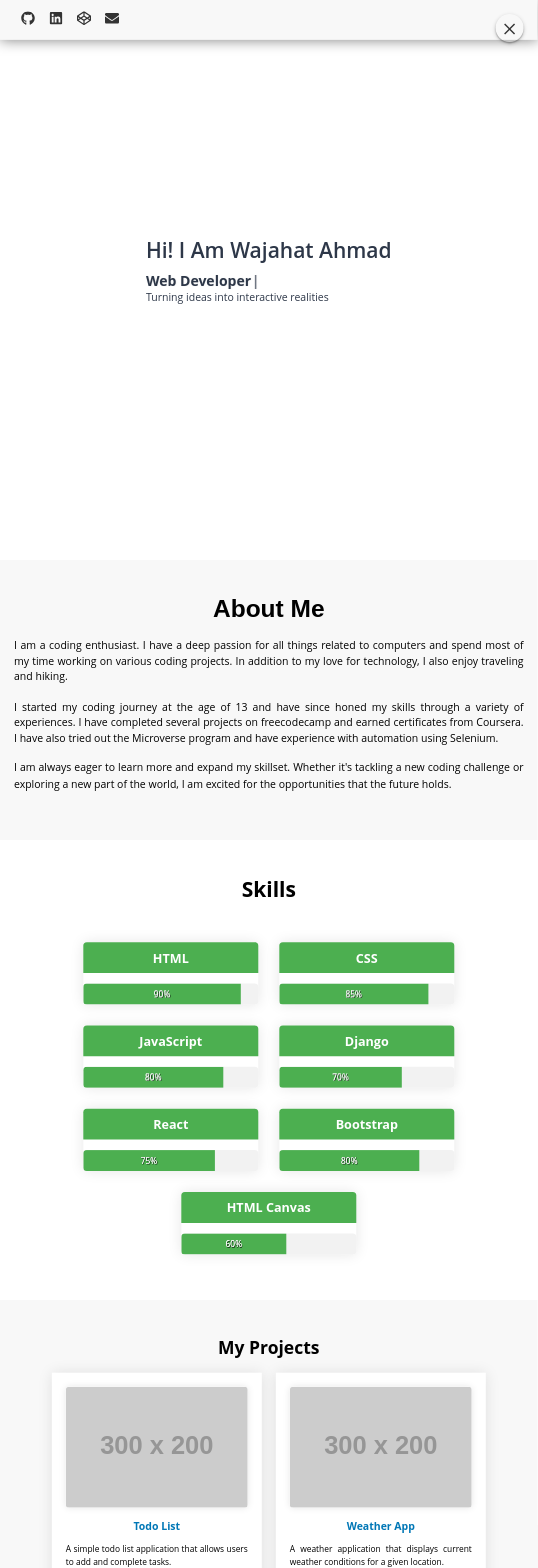
Repository: WajahatKanju/wajahatkanju.github.io
Page: /
An editor plug-in stored every save of this project. The page is shown before and after the next save, followed by the edit.
The browser window is 768 px wide. The pictures show the part of the page from y = 0 to 2240 px (the page is 3532 px tall), at 70% of full size.
The project was rebuilt for these pictures with package versions that can differ from the ones it lists, and the page was loaded fresh each time. Also part of the build but not shown: vite.config.js.

Above is the page before, as saved 2023-05-06 11:31:29.

### index.html
<!DOCTYPE html>
<html lang="en">
  <head>
    <meta charset="UTF-8" />
    <link rel="icon" type="image/svg+xml" href="./src/assets/favicon.svg" />
    <meta name="viewport" content="width=device-width, initial-scale=1.0" />
    <title>Wajahat Ahmad - Portfolio</title>
  </head>
  <body>
    <div id="root"></div>
    <script type="module" src="./src/main.jsx"></script>
  </body>
</html>

### src/App.jsx
import './styles/App.scss'
import Header from "./Header"
import Navigation from './Navigation'
import About from './About'
import ContactForm from './ContactForm'
import Skills from './Skills'
import Projects from './Projects'

function App() {

  return (
    <>
    <Navigation />
    <Header />
    <About />
    <Skills />
    <Projects />
    <ContactForm />
    </>
  )
}

export default App

### src/styles/App.scss
/* Reset */
*, *::before, *::after {
  margin: 0;
  padding: 0;
  box-sizing: border-box;
}

/* Set base font size */
html {
  font-size: 62.5%; /* 1rem = 10px */
}

/* Base styles */
body {
  font-family: 'Open Sans', sans-serif;
  font-size: 1.6rem; /* 16px */
  overflow-x: hidden;
}

section:nth-of-type(2n - 1){
  background-color: #F8F8F8;
}

/* Media queries */
@media screen and (max-width: 599px) {
  /* Small screens */
  body {
    font-size: 1.2rem; /* 12px */
  }
}

@media screen and (min-width: 600px) and (max-width: 991px) {
  /* Mobile and tablet styles */
  body {
    font-size: 1.4rem; /* 14px */
  }
}

@media screen and (min-width: 992px) and (max-width: 1199px) {
  /* Medium desktop styles */
  body {
    font-size: 1.8rem; /* 18px */
  }
}

@media screen and (min-width: 1200px) and (max-width: 1599px) {
  /* Large desktop styles */
  html {
    font-size: 80%; /* 1rem = 8px */
  }
  body {
    font-size: 2rem; /* 20px */
  }
}

@media screen and (min-width: 1600px) {
  /* Extra large desktop styles */
  html {
    font-size: 100%; /* 1rem = 10px */
  }
  body {
    font-size: 2.2rem; /* 22px */
  }
}

### src/Header.jsx
import { useEffect } from "react";
import Typewriter from "typewriter-effect/dist/core";
import "./styles/Header.scss";

import ImageParticleAnimation from "./ImageParticleAnimation";

function Header() {
  useEffect(() => {
    const typewriter = new Typewriter("#typewriter", {
      strings: ["Web Designer", "Web Developer", "Full Stack Developer"],
      loop: true,
      delay: 80,
      autoStart: true,
    });

    typewriter.start();
  }, []);


  return (
    <header className="header">
      <div className="header__left">
        <h1>Hi! I Am Wajahat Ahmad</h1>
        <p id="typewriter"></p>
        <h3>Turning ideas into interactive realities</h3>
      </div>
      <div className="header__right">
        <ImageParticleAnimation />
      </div>
    </header>
  );
}

export default Header;

### src/Navigation.jsx
import { useState } from 'react';
import { FaGithub, FaLinkedin, FaCodepen, FaEnvelope } from 'react-icons/fa';
import './styles/Navigation.scss';

function Navigation() {
  const [menuOpen, setMenuOpen] = useState(false);

  const handleMenuClick = () => {
    setMenuOpen(!menuOpen);
  };
  return (
    <nav className="navigation">

      <div className={`navigation__left`}>
        <a href="https://github.com/WajahatKanju" target="_blank" rel="noopener noreferrer">
          <FaGithub />
        </a>
        <a href="https://www.linkedin.com/in/wajahat-ahmad-5b493b181/" target="_blank" rel="noopener noreferrer">
          <FaLinkedin />
        </a>
        <a href="https://codepen.io/wajahatahmad" target="_blank" rel="noopener noreferrer">
          <FaCodepen />
        </a>
        <a href="mailto:wajahat5ahmad@gmail.com">
          <FaEnvelope />
        </a>
      </div>
      <ul className={`navigation__right ${menuOpen ? 'active' : ''}`}>
        <li> <a href="#">Home </a> </li>
        <li> <a href="#about">About</a></li>
        <li> <a href="#skills">Skills </a></li>
        <li> <a href="#projects">Projects </a></li>
        <li> <a href="#contact">Contact </a></li>
      </ul>
      <div className={`navigation-button ${menuOpen ? '' : 'active'}`} onClick={handleMenuClick}>
        <div className="navigation__menu-icon">
          <div className="navigation__menu-line"></div>
          <div className="navigation__menu-line"></div>
          <div className="navigation__menu-line"></div>
        </div>
      </div>
    </nav>
  );
}

export default Navigation;

### src/About.jsx
import "./styles/About.scss";

function About() {
  return (
    <section className="about"id="about">
      <div className="about__me--container">
        <h2>About Me</h2>
        <p>
          I am a coding enthusiast. I have a deep passion for all things related
          to computers and spend most of my time working on various coding
          projects. In addition to my love for technology, I also enjoy
          traveling and hiking.
        </p>
        <p>
          I started my coding journey at the age of 13 and have since honed my
          skills through a variety of experiences. I have completed several
          projects on freecodecamp and earned certificates from Coursera. I have
          also tried out the Microverse program and have experience with
          automation using Selenium.
        </p>
        <p>
          I am always eager to learn more and expand my skillset. Whether
          it&apos;s tackling a new coding challenge or exploring a new part of
          the world, I am excited for the opportunities that the future holds.
        </p>
      </div>
    </section>
  );
}

export default About;

### src/ContactForm.jsx
import { useState } from "react";

import "./styles/ContactForm.scss";

function ContactForm() {
  const [name, setName] = useState("");
  const [email, setEmail] = useState("");
  const [message, setMessage] = useState("");

  const handleSubmit = (e) => {
    e.preventDefault();
    // handle form submission logic here
  };

  return (
    <section className="contact__form">
      <div className="contact__form__container">
        <h2 className="form__header">Contact Me</h2>
        <form onSubmit={handleSubmit}>
          <label htmlFor="name">Name:</label>
          <input
            type="text"
            id="name"
            name="name"
            value={name}
            onChange={(e) => setName(e.target.value)}
            required
          />

          <label htmlFor="email">Email:</label>
          <input
            type="email"
            id="email"
            name="email"
            value={email}
            onChange={(e) => setEmail(e.target.value)}
            required
          />

          <label htmlFor="message">Message:</label>
          <textarea
            id="message"
            name="message"
            value={message}
            onChange={(e) => setMessage(e.target.value)}
            required
          />

          <button type="submit">Submit</button>
        </form>
      </div>
    </section>
  );
}

export default ContactForm;

### src/Skills.jsx
import "./styles/Skills.scss";

function Skills() {
  return (
    <section className="skills">
      <h2 className="skills__header">Skills</h2>

      <div className="skills__container">
        <div className="skill">
          <h3 className="skill__name">HTML</h3>
          <div className="skill__bar">
            <div className="skill__fill" style={{ width: "90%" }}>
              <span className="skill__percent">90%</span>
            </div>
          </div>
        </div>

        <div className="skill">
          <h3 className="skill__name">CSS</h3>
          <div className="skill__bar">
            <div className="skill__fill" style={{ width: "85%" }}>
              <span className="skill__percent">85%</span>
            </div>
          </div>
        </div>

        <div className="skill">
          <h3 className="skill__name">JavaScript</h3>
          <div className="skill__bar">
            <div className="skill__fill" style={{ width: "80%" }}>
              <span className="skill__percent">80%</span>
            </div>
          </div>
        </div>

        <div className="skill">
          <h3 className="skill__name">Django</h3>
          <div className="skill__bar">
            <div className="skill__fill" style={{ width: "70%" }}>
              <span className="skill__percent">70%</span>
            </div>
          </div>
        </div>

        <div className="skill">
          <h3 className="skill__name">React</h3>
          <div className="skill__bar">
            <div className="skill__fill" style={{ width: "75%" }}>
              <span className="skill__percent">75%</span>
            </div>
          </div>
        </div>

        <div className="skill">
          <h3 className="skill__name">Bootstrap</h3>
          <div className="skill__bar">
            <div className="skill__fill" style={{ width: "80%" }}>
              <span className="skill__percent">80%</span>
            </div>
          </div>
        </div>

        <div className="skill">
          <h3 className="skill__name">HTML Canvas</h3>
          <div className="skill__bar">
            <div className="skill__fill" style={{ width: "60%" }}>
              <span className="skill__percent">60%</span>
            </div>
          </div>
        </div>
      </div>
    </section>
  );
}

export default Skills;

### src/Projects.jsx
import './styles/Projects.scss';

const Projects = () => {
  const projects = [
    {
      id: 1,
      title: 'Todo List',
      description: 'A simple todo list application that allows users to add and complete tasks.',
      image: 'https://via.placeholder.com/300x200',
      link: 'https://www.example.com/todolist'
    },
    {
      id: 2,
      title: 'Weather App',
      description: 'A weather application that displays current weather conditions for a given location.',
      image: 'https://via.placeholder.com/300x200',
      link: 'https://www.example.com/weatherapp'
    },
    {
      id: 3,
      title: 'E-commerce Store',
      description: 'An online store that allows users to browse and purchase products.',
      image: 'https://via.placeholder.com/300x200',
      link: 'https://www.example.com/ecommerce'
    },
    {
      id: 4,
      title: 'Recipe App',
      description: 'A recipe application that displays a list of recipes and allows users to search and filter them.',
      image: 'https://via.placeholder.com/300x200',
      link: 'https://www.example.com/recipeapp'
    }
  ];

  return (
    <section className="projects" id="projects">
      <h2>My Projects</h2>
      <div className="project-list">
        {projects.map(project => (
          <div className="project" key={project.id}>
            <img src={project.image} alt={project.title} />
            <h3>{project.title}</h3>
            <p>{project.description}</p>
            <a href={project.link}>View Project</a>
          </div>
        ))}
      </div>
    </section>
  );
};

export default Projects;

### src/styles/Header.scss
.header {
  display: flex;
  padding: 2rem 5rem;

  justify-content: space-around;
  align-items: center;
  min-height: 100vh;
  color: #2d3748;
  position: relative;
  z-index: 10;
  flex: 1 1 auto;


  img{
    display: block;

  }

  &__left {
    h1 {
      font-size: 3rem;
      font-weight: 600;
      text-align: center;
      margin-bottom: 1rem;

      span {
        display: inline-block;

        &.animate__bounce:hover {
          animation-name: jelly;
          animation-duration: 1s;
          animation-fill-mode: both;
          animation-iteration-count: infinite;
        }
      }
    }

    h3 {
      font-size: 1.5rem;
      font-weight: 400;
      text-align: center;
      margin-bottom: 3rem;
    }

    #typewriter {
      text-align: center;
      font-size: 2rem;
      font-weight: bold;
      text-shadow: 0.0625rem 0.0625rem 0.1875rem rgba(0, 0, 0, 0.1);
    }
  }

  &__right{
      display: flex;
      justify-content: center;
      align-items: center;
      flex: 1 1 auto;
  }

  @media screen and (max-width: 768px) {
    flex-direction: row;
    justify-content: center;
    align-items: center;
    min-height: 100vh;
    padding: 2rem 5rem;

    &__left {
      margin-bottom: 0;

      h1 {
        text-align: left;
      }

      h3 {
        text-align: left;
      }

      #typewriter {
        text-align: left;
      }
    }

    &__right {
      display: none;
    }
  }
}


@keyframes jelly {
  0%,
  100% {
    transform: scale(1);
  }
  25% {
    transform: scale(0.9, 1.1);
  }
  50% {
    transform: scale(1.1, 0.9);
  }
  75% {
    transform: scale(0.95, 1.05);
  }
}

### src/ImageParticleAnimation.jsx
import { useEffect, useRef } from "react";
import cartoonMe from "./assets/cartoon.png";

export default function ImageParticleAnimation() {

  // eslint-disable-next-line react-hooks/exhaustive-deps
  const png = new Image();
  png.src = cartoonMe;
  const canvasRef = useRef();

  useEffect(() => {
    const canvas = canvasRef.current;
    const ctx = canvas.getContext("2d");

    canvas.width = innerWidth;
    canvas.height = innerHeight;

    let particleArray = [];

    let mouse = {
      x: null,
      y: null,
      radius: 120,
    };

    window.addEventListener("mousemove", (event) => {
      mouse.x = event.x + canvas.clientLeft / 2;
      mouse.y = event.y + canvas.clientTop / 2;
    });

    function drawImage() {
      let imageWidth = png.width;
      let imageHeight = png.height;
      ctx.drawImage(png, innerWidth / 2, innerHeight / 2);
      const data = ctx.getImageData(0, 0, imageWidth, imageHeight);
      ctx.clearRect(0, 0, canvas.width, canvas.height);

      class Particle {
        constructor(x, y, color, size=1) {
          this.baseX = x + (canvas.width * 0.75 ) - png.width * 2;
          this.baseY = y + (canvas.height * 0.45 ) - png.height * 2;

          this.x = this.baseX + Math.random() * 200 - 25 ;
          this.y = this.baseY + Math.random() * 200 - 25 ;

          this.color = color;
          this.size = size;

          this.density = Math.random() * 10 + 2;
        }

        draw() {
          ctx.fillStyle = this.color;
          ctx.beginPath();
          ctx.arc(this.x, this.y, this.size * 10, 0, Math.PI * 2);
          ctx.closePath();
          ctx.fill();
        }

        update() {
          let dx = mouse.x - this.x;
          let dy = mouse.y - this.y;
          let distance = Math.sqrt(dx * dx + dy * dy);
          let forceDirectionX = dx / distance;
          let forceDirectionY = dy / distance;

          const maxDistance = 100;
          let force = (maxDistance - distance) / (maxDistance * 0.5);
          if (force < 0) force = 0;

          let directionX = forceDirectionX * force * this.density * 0.6;
          let directionY = forceDirectionY * force * this.density * 0.6;

          if (distance < mouse.radius + this.size) {
            this.x -= directionX;
            this.y -= directionY;
          } else {
            if (this.x != this.baseX) {
              let dx = this.x - this.baseX;
              this.x -= dx / 25;
            }
            if (this.y != this.baseY) {
              let dy = this.y - this.baseY;
              this.y -= dy / 25;
            }
          }

          this.draw();
        }
      }

      function init() {
        particleArray = [];

        for (let y = 0, y2 = data.height; y < y2; y++) {
          for (let x = 0, x2 = data.width; x < x2; x++) {
            if (data.data[y * 4 * data.width + x * 4 + 3] > 128) {
              let positionX = x;
              let positionY = y;
              let color = `rgb(${data.data[y * 4 * data.width + x * 4]}, ${
                data.data[y * 4 * data.width + x * 4 + 1]
              }, ${data.data[y * 4 * data.width + x * 4 + 2]} )`;

              particleArray.push(new Particle(positionX * 4 , positionY* 4, color , 0.25));
            }
          }
        }
      }

      function animate() {
        requestAnimationFrame(animate);
        ctx.fillStyle = "rgba(255,255,255, 0.5)";


        ctx.fillRect(0, 0, innerWidth, innerHeight);

        for (let i = 0; i < particleArray.length; i++) {
          particleArray[i].update();
        }
      }
      init();
      animate();

      window.addEventListener("resize", () => {
        canvas.width = innerWidth;
        canvas.height = innerHeight;
        init();
      });
    }

    png.onload = () => {
      console.log("Image loaded");
      ctx.drawImage(png, 0, 0);
      drawImage();
    };
  }, [png]);

  return (
    <>
      <canvas
        ref={canvasRef}
        id="canvas"
        style={{ position: "absolute", top: "0", left: "0", zIndex: '-1', maxWidth: '100vw', maxHeight: '100%' }}
      ></canvas>
    </>
  );
}

### src/styles/About.scss
.about {
  padding: 5rem 0;
  display: flex;
  justify-content: center;

  &__me--container {
    max-width: 800px;
    width: 100%;
    margin: 0 2rem;
  }

  h2 {
    font-family: 'Montserrat', sans-serif;
    font-size: 3.5rem;
    margin-bottom: 2rem;
    text-align: center;
    transition: all 0.3s ease;
  }

  h2:hover {
    color: #FF8C00;
    transform: scale(1.05);
  }

  p {
    font-family: 'Open Sans', sans-serif;
    font-size: 1.5rem;
    line-height: 1.5;
    margin-bottom: 2rem;
    text-align: justify;
  }
}

### src/styles/ContactForm.scss
.contact__form {
  display: flex;
  justify-content: center;
  align-items: center;
  height: 100vh;

  .contact__form__container {
    max-width: 600px;
    width: 100%;
    padding: 3rem;
    border-radius: 10px;
    box-shadow: 0 0 20px rgba(0, 0, 0, 0.1);

    .form__header {
      font-size: 2.5rem;
      font-weight: 700;
      text-align: center;
      margin-bottom: 2rem;
    }

    form {
      display: flex;
      flex-direction: column;

      label {
        font-size: 1.2rem;
        font-weight: 500;
        margin-bottom: 0.5rem;
      }

      input,
      textarea {
        padding: 1rem;
        font-size: 1rem;
        border-radius: 5px;
        border: none;
        margin-bottom: 1.5rem;
        box-shadow: 0 0 5px rgba(0, 0, 0, 0.1);
        transition: box-shadow 0.3s ease-in-out;

        &:focus {
          outline: none;
          box-shadow: 0 0 10px rgba(0, 0, 0, 0.2);
        }
      }

      textarea {
        resize: none;
        height: 150px;
      }

      button[type="submit"] {
        background-color: #4caf50;
        color: #fff;
        font-size: 1.2rem;
        padding: 1rem 2rem;
        border: none;
        border-radius: 5px;
        cursor: pointer;
        transition: background-color 0.3s ease-in-out;

        &:hover {
          background-color: #3e8e41;
        }
      }
    }
  }
}

### src/styles/Skills.scss
.skills {
  padding: 5rem 0;

  &__header {
    font-size: 3rem;
    text-align: center;
    margin-bottom: 4rem;
  }

  &__container {
    display: flex;
    flex-wrap: wrap;
    justify-content: center;
  }

  .skill {
    width: 250px;
    margin: 1.5rem;
    text-align: center;
    border-radius: 5px;
    background-color: #fff;
    box-shadow: 0 0 20px rgba(0, 0, 0, 0.1);
    transition: transform 0.3s ease-in-out;

    &:hover {
      transform: translateY(-25px) scale(1.06);
    }

    &__name {
      font-size: 1.8rem;
      margin-bottom: 1.5rem;
      padding: 1rem;
      background-color: #4caf50;
      color: #fff;
      border-top-left-radius: 5px;
      border-top-right-radius: 5px;
    }

    &__bar {
      height: 30px;
      border-radius: 5px;
      background-color: #f2f2f2;
      overflow: hidden;
      position: relative;
    }

    &__fill {
      position: absolute;
      top: 0;
      left: 0;
      bottom: 0;
      background-color: #4caf50;
      width: 0;
      transition: width 1s ease-in-out;
      display: flex;
      justify-content: center;
      align-items: center;

      &::before {
        content: "";
        position: absolute;
        top: 50%;
        left: 50%;
        transform: translate(-50%, -50%);
        font-size: 1.2rem;
        color: #fff;
        text-shadow: 1px 1px rgba(0, 0, 0, 0.5);
      }
    }

    &__percent {
      font-size: 1.2rem;
      color: #fff;
      text-shadow: 1px 1px rgba(0, 0, 0, 0.5);
    }
  }

  // Set the width of the fill bar based on the percentage
  .skill:nth-child(1) .skill__fill {
    width: 90%;
    &::before {
      content: "90%";
    }
  }

  .skill:nth-child(2) .skill__fill {
    width: 85%;
    &::before {
      content: "85%";
    }
  }

  .skill:nth-child(3) .skill__fill {
    width: 80%;
    &::before {
      content: "80%";
    }
  }

  .skill:nth-child(4) .skill__fill {
    width: 70%;
    &::before {
      content: "70%";
    }
  }

  .skill:nth-child(5) .skill__fill {
    width: 75%;
    &::before {
      content: "75%";
    }
  }

  .skill:nth-child(6) .skill__fill {
    width: 80%;
    &::before {
      content: "80%";
    }
  }

  .skill:nth-child(7) .skill__fill {
    width: 60%;
    &::before {
      content: "60%";
    }
  }
}

### src/styles/Projects.scss
.projects {
  padding: 5rem 0;

  h2 {
    font-size: 2.5rem;
    margin-bottom: 2rem;
    text-align: center;
  }

  .project-list {
    display: flex;
    flex-wrap: wrap;
    justify-content: center;
    gap: 2rem;

    .project {
      background-color: #fff;
      box-shadow: 0 0 20px rgba(0, 0, 0, 0.1);
      padding: 2rem;
      width: 300px;
      display: flex;
      flex-direction: column;
      align-items: center;
      transition: transform 0.2s ease-in-out;

      &:hover {
        transform: translateY(-5px);
      }

      img {
        width: 100%;
        max-width: 300px;
        height: auto;
        margin-bottom: 1.5rem;
        border-radius: 5px;
        box-shadow: 0 0 10px rgba(0, 0, 0, 0.1);
        transition: transform 0.2s ease-in-out;

        &:hover {
          transform: scale(1.05);
        }
      }

      h3 {
        font-size: 1.5rem;
        margin-bottom: 1.5rem;
        text-align: center;
        color: #0077b6;
        text-shadow: 1px 1px 0 #fff;
      }

      p {
        font-size: 1.2rem;
        line-height: 1.5;
        margin-bottom: 1.5rem;
        text-align: justify;
      }

      a {
        font-size: 1.2rem;
        background-color: #0077b6;
        color: #fff;
        text-decoration: none;
        padding: 0.5rem 1rem;
        border-radius: 5px;
        transition: background-color 0.3s ease;

        &:hover {
          background-color: #023e8a;
        }
      }
    }
  }
}

Loaded but not shown: src/main.jsx (common file); src/styles/Navigation.scss (273 lines, source omitted)

After the next save:
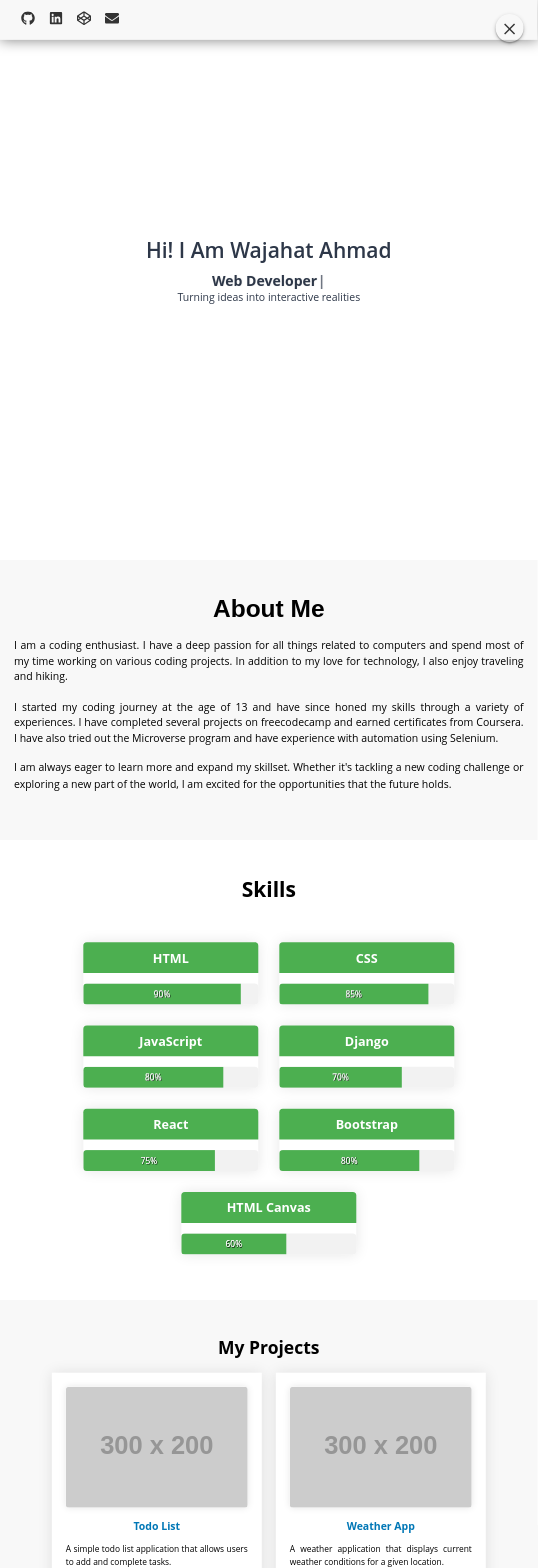
Saved 53 s later.
--- a/src/styles/Header.scss
+++ b/src/styles/Header.scss
@@ -68,15 +68,16 @@
       margin-bottom: 0;
 
       h1 {
-        text-align: left;
+        text-align: center;
+
       }
 
       h3 {
-        text-align: left;
+        text-align: center;
       }
 
       #typewriter {
-        text-align: left;
+        text-align: center;
       }
     }
 
